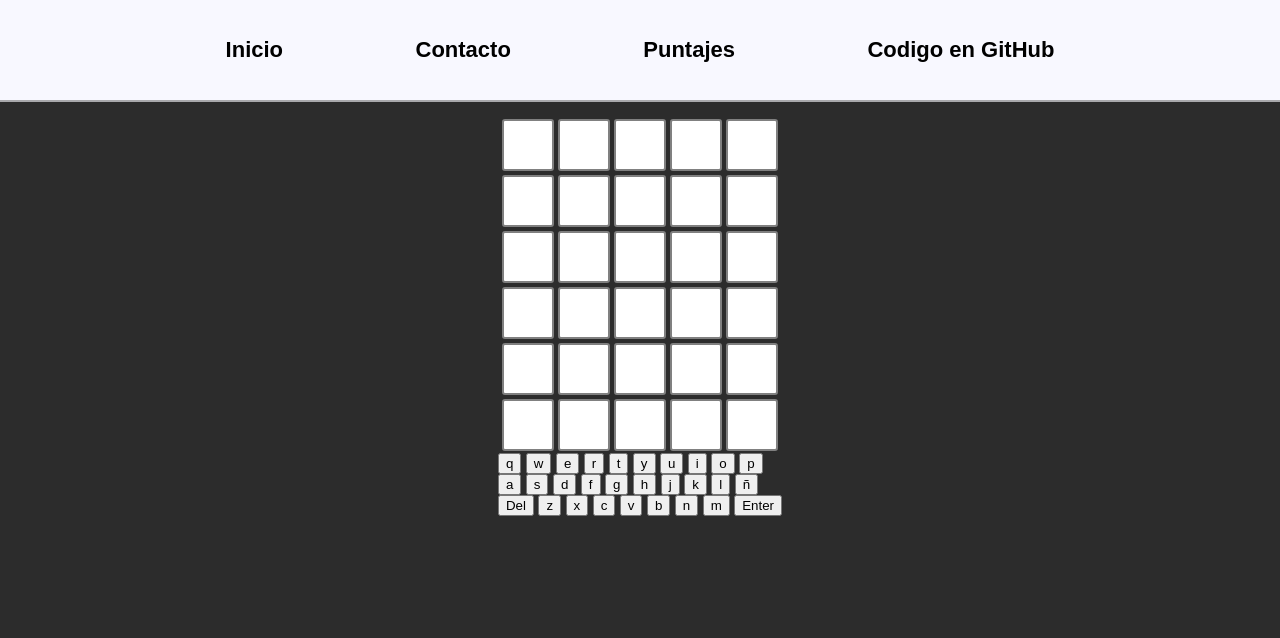
Repository: FacundoKinderknecht/FacundoKinderknecht_Wordle_Game_LPPA
Page: html/wordle.html
These files come from the project's save history. The page is drawn as it stood at one moment and after the next save; the edit follows.
The browser window is 1280 px wide. The pictures show the whole page.

Above is the page before, as saved 2023-08-08 03:36:39.

### html/wordle.html
<!DOCTYPE html>
    <html lang="en">
    <head>
        <meta charset="UTF-8">
        <meta http-equiv="X-UA-Compatible" content="IE=edge">
        <meta name="viewport" content="width=device-width, initial-scale=1.0">

        <link rel="stylesheet" href="/css/reset.css">
        <link rel="stylesheet" href="/css/styles.css">
        <link rel="stylesheet" href="/css/wordle.css">

        <script type="module" src="/js/wordle.js"></script>
        <title>Wordle</title>
    </head>
    <body>
        <header>
            <nav class="navbar">
                <a href="/index.html">Inicio</a>
                <a href="">Contacto</a>
                <a href="">Puntajes</a>
                <a href="https://github.com/FacundoKinderknecht/FacundoKinderknecht_Wordle_Game_LPPA" target="_blank">Codigo en GitHub</a>
            </nav>
        </header>

        <main>
            <div class="alert-container" data-alert-container=""></div>

            <div class="timer-div">
                <p id="timer"></p>
            </div>

            <p id="data-timer"></p>
            <div id="game-board"></div>
            <div id="board">
                <div class="letter-row">
                    <div class="letter-box"></div>
                    <div class="letter-box"></div>
                    <div class="letter-box"></div>
                    <div class="letter-box"></div>
                    <div class="letter-box"></div>
                </div>
                <div class="letter-row">
                    <div class="letter-box"></div>
                    <div class="letter-box"></div>
                    <div class="letter-box"></div>
                    <div class="letter-box"></div>
                    <div class="letter-box"></div>
                </div>
                <div class="letter-row">
                    <div class="letter-box"></div>
                    <div class="letter-box"></div>
                    <div class="letter-box"></div>
                    <div class="letter-box"></div>
                    <div class="letter-box"></div>
                </div>
                <div class="letter-row">
                    <div class="letter-box"></div>
                    <div class="letter-box"></div>
                    <div class="letter-box"></div>
                    <div class="letter-box"></div>
                    <div class="letter-box"></div>
                </div>
                <div class="letter-row">
                    <div class="letter-box"></div>
                    <div class="letter-box"></div>
                    <div class="letter-box"></div>
                    <div class="letter-box"></div>
                    <div class="letter-box"></div>
                </div>
                <div class="letter-row">
                    <div class="letter-box"></div>
                    <div class="letter-box"></div>
                    <div class="letter-box"></div>
                    <div class="letter-box"></div>
                    <div class="letter-box"></div>
                </div>
            </div>

            <div id="keyboard-cont">
                <div class="first-row">
                    <button class="keyboard-button">q</button>
                    <button class="keyboard-button">w</button>
                    <button class="keyboard-button">e</button>
                    <button class="keyboard-button">r</button>
                    <button class="keyboard-button">t</button>
                    <button class="keyboard-button">y</button>
                    <button class="keyboard-button">u</button>
                    <button class="keyboard-button">i</button>
                    <button class="keyboard-button">o</button>
                    <button class="keyboard-button">p</button>
                </div>
                <div class="second-row">
                    <button class="keyboard-button">a</button>
                    <button class="keyboard-button">s</button>
                    <button class="keyboard-button">d</button>
                    <button class="keyboard-button">f</button>
                    <button class="keyboard-button">g</button>
                    <button class="keyboard-button">h</button>
                    <button class="keyboard-button">j</button>
                    <button class="keyboard-button">k</button>
                    <button class="keyboard-button">l</button>
                    <button class="keyboard-button">ñ</button>
                </div>
                <div class="third-row">
                    <button class="keyboard-button">Del</button>
                    <button class="keyboard-button">z</button>
                    <button class="keyboard-button">x</button>
                    <button class="keyboard-button">c</button>
                    <button class="keyboard-button">v</button>
                    <button class="keyboard-button">b</button>
                    <button class="keyboard-button">n</button>
                    <button class="keyboard-button">m</button>
                    <button class="keyboard-button">Enter</button>
                </div>
            </div>
        </main>
    </body>
</html>

### css/reset.css
/* http://meyerweb.com/eric/tools/css/reset/
   v2.0 | 20110126
   License: none (public domain)
*/

html, body, div, span, applet, object, iframe,
h1, h2, h3, h4, h5, h6, p, blockquote, pre,
a, abbr, acronym, address, big, cite, code,
del, dfn, em, img, ins, kbd, q, s, samp,
small, strike, strong, sub, sup, tt, var,
b, u, i, center,
dl, dt, dd, ol, ul, li,
fieldset, form, label, legend,
table, caption, tbody, tfoot, thead, tr, th, td,
article, aside, canvas, details, embed,
figure, figcaption, footer, header, hgroup,
menu, nav, output, ruby, section, summary,
time, mark, audio, video {
	margin: 0;
	padding: 0;
	border: 0;
	font-size: 100%;
	font: inherit;
	vertical-align: baseline;
}

### css/styles.css
body{
    font-family: Arial, Helvetica, sans-serif;
    background-color: rgba(0, 0, 0, 0.827);
    display:flex;
    align-items: center;
    flex-direction: column;
}

header{
    width: 100%;
    height: 100px;
    margin-bottom: 15px;
    display: flex;
    justify-content: justify-content;
    align-items: center;
    background-color: ghostwhite;
    border-bottom: 2px solid rgb(87, 87, 87, 0.49);
}

header nav{
    display:flexbox;
    justify-content: justify-content;
    align-items:center;
    text-align: center;
    width: 100%;
}

header nav a{
    text-decoration: none;
    align-items:center;
    font-weight: bold;
    font-size: 22px;
    color: black;
    margin: 5%;
}

.hidden {
    display:none;
}

### css/wordle.css
#board{
    display: flex;
    align-items: center;
    flex-direction: column;
}

.letter-box {
    background-color: white;
    border: 2px solid gray;
    border-radius: 3px;
    margin: 2px;
    font-size: 2.5rem;
    font-weight: 700;
    height: 3rem;
    width: 3rem;
    display: flex;
    justify-content: center;
    align-items: center;
    text-transform: uppercase;
  }

  .filled-box {
    border: 2px solid black;
  }

  .letter-row {
    display: flex;
  }

  .timer-div {
    text-align: center;
  }

Loaded but not shown: js/wordle.js (no stored copy; drawn as an empty file)

After the next save:
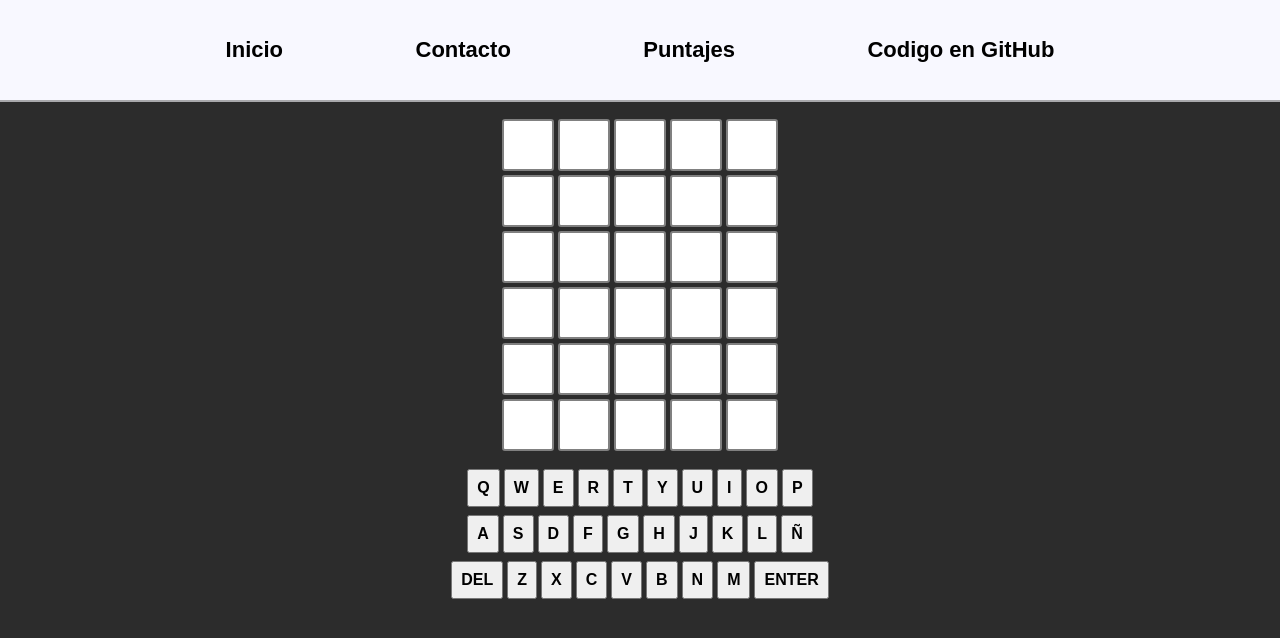
Saved 29 s later.
--- a/css/wordle.css
+++ b/css/wordle.css
@@ -30,3 +30,63 @@
   .timer-div {
     text-align: center;
   }
+
+#keyboard-cont {
+    margin: 1rem 0;
+    display: flex;
+    flex-direction: column;
+    align-items: center;
+  }
+
+  #keyboard-cont div {
+    display: flex;
+  }
+
+  .second-row {
+    margin: 0.5rem 0;
+  }
+
+  .keyboard-button {
+    font-size: 1rem;
+    font-weight: 700;
+    padding: 0.5rem;
+    margin: 0 2px;
+    cursor: pointer;
+    text-transform: uppercase;
+  }
+
+  /* Alerts */
+
+  .alert-container {
+    position: fixed;
+    top: 10vh;
+    left: 50vw;
+    transform: translate(-50%);
+    z-index: 1;
+    display: flex;
+    flex-direction: column;
+    align-items: center;
+  }
+
+  .alert {
+    pointer-events: none;
+    background-color: hsl(204, 7%, 85%);
+    padding: 0.75em;
+    border-radius: 0.25em;
+    opacity: 1;
+    transition: opacity 500ms ease-in-out;
+    margin-bottom: 0.5em;
+  }
+
+  .alert:last-child {
+    margin-bottom: 0;
+  }
+
+  .alert.hide {
+    opacity: 0;
+  }
+
+  #button-div {
+    margin:auto;
+    width:25%
+  }
